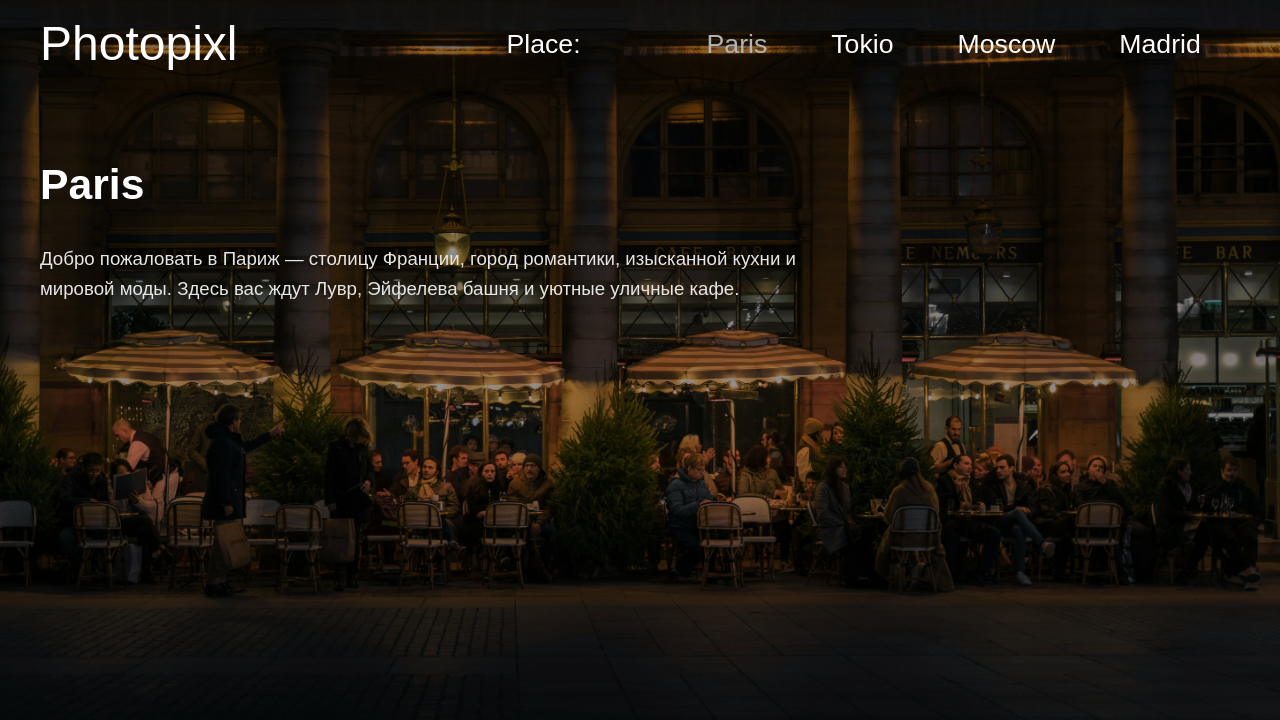
Repository: git-daniil/place-site
Page: index.html
An editor plug-in stored every save of this project. The page is shown before and after the next save, followed by the edit.
The browser window is 1280 px wide. The pictures show the whole page.
Some web fonts or font styles are not loaded; a fallback is used.

Above is the page before, as saved 2026-05-19 18:23:14.

After the next save:
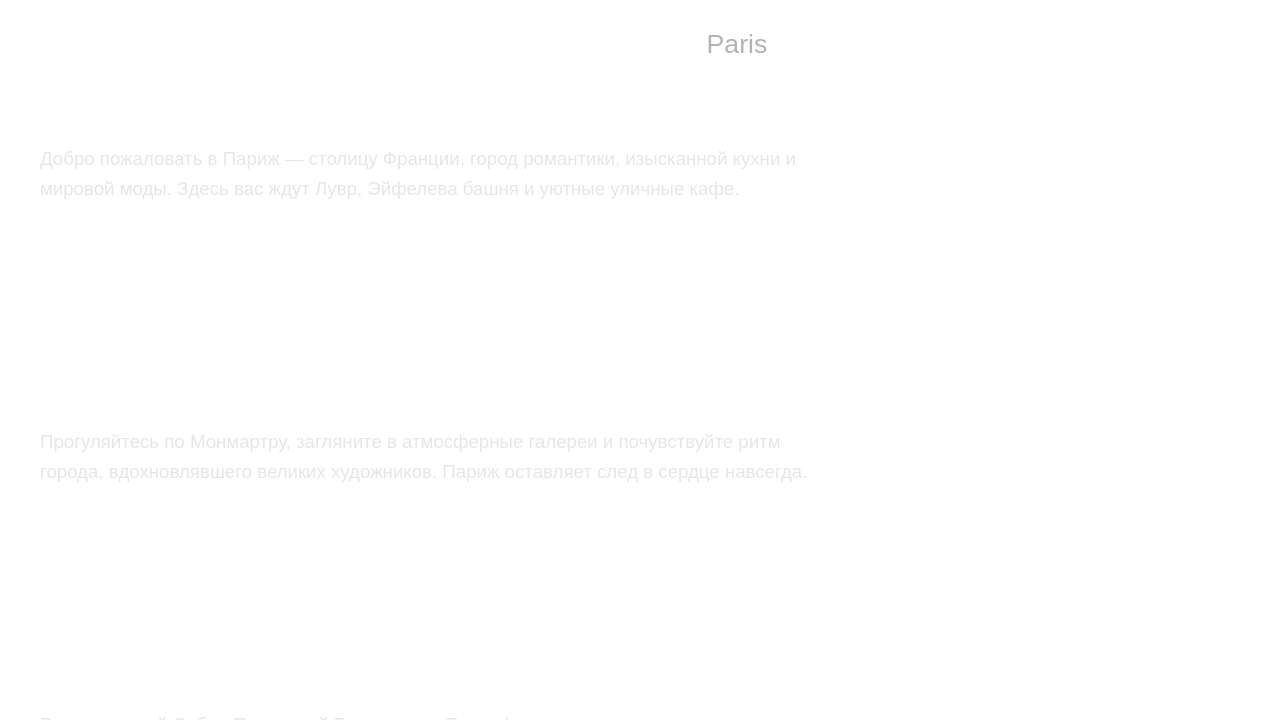
Saved 6 min 56 s later.
--- a/index.html
+++ b/index.html
@@ -19,21 +19,42 @@
         </div>
     </nav>
 
-    <section class="welcome-section scroll-section">
+    <section class="paris-bg-1 scroll-section">
         <main class="content-section anim-text">
             <h1>Paris</h1>
             <p>Добро пожаловать в Париж — столицу Франции, город романтики, изысканной кухни и мировой моды. Здесь вас ждут Лувр, Эйфелева башня и уютные уличные кафе.</p>
         </main>
     </section>
 
-    <section class="second-bg-section scroll-section">
+    <section class="paris-bg-2 scroll-section">
         <main class="content-section anim-text">
             <h1>Культура и стиль</h1>
             <p>Прогуляйтесь по Монмартру, загляните в атмосферные галереи и почувствуйте ритм города, вдохновлявшего великих художников. Париж оставляет след в сердце навсегда.</p>
         </main>
     </section>
 
-    <script>
+    <section class="paris-bg-3 scroll-section">
+        <main class="content-section anim-text">
+            <h1>Архитектура сквозь века</h1>
+            <p>Великолепный Собор Парижской Богоматери, Триумфальная арка и монументальные площади хранят в себе многовековую историю Франции, застывшую в камне.</p>
+        </main>
+    </section>
+
+    <section class="paris-bg-4 scroll-section">
+        <main class="content-section anim-text">
+            <h1>Вечерние огни Сены</h1>
+            <p>Когда на город опускаются сумерки, тысячи огней отражаются в воде. Прогулка на речном трамвайчике откроет для вас совершенно другой, магический Париж.</p>
+        </main>
+    </section>
+
+    <section class="paris-bg-5 scroll-section">
+        <main class="content-section anim-text">
+            <h1>Тайны старого города</h1>
+            <p>Спрятанные от глаз туристов дворики, старинные книжные лавки на набережной и аромат свежих круассанов создают ту самую неповторимую атмосферу уюта.</p>
+        </main>
+    </section>
+
+    <script {nonce}>
         let currentSection = 0;
         const sections = document.querySelectorAll('.scroll-section');
         let isScrolling = false;

After the save that followed:
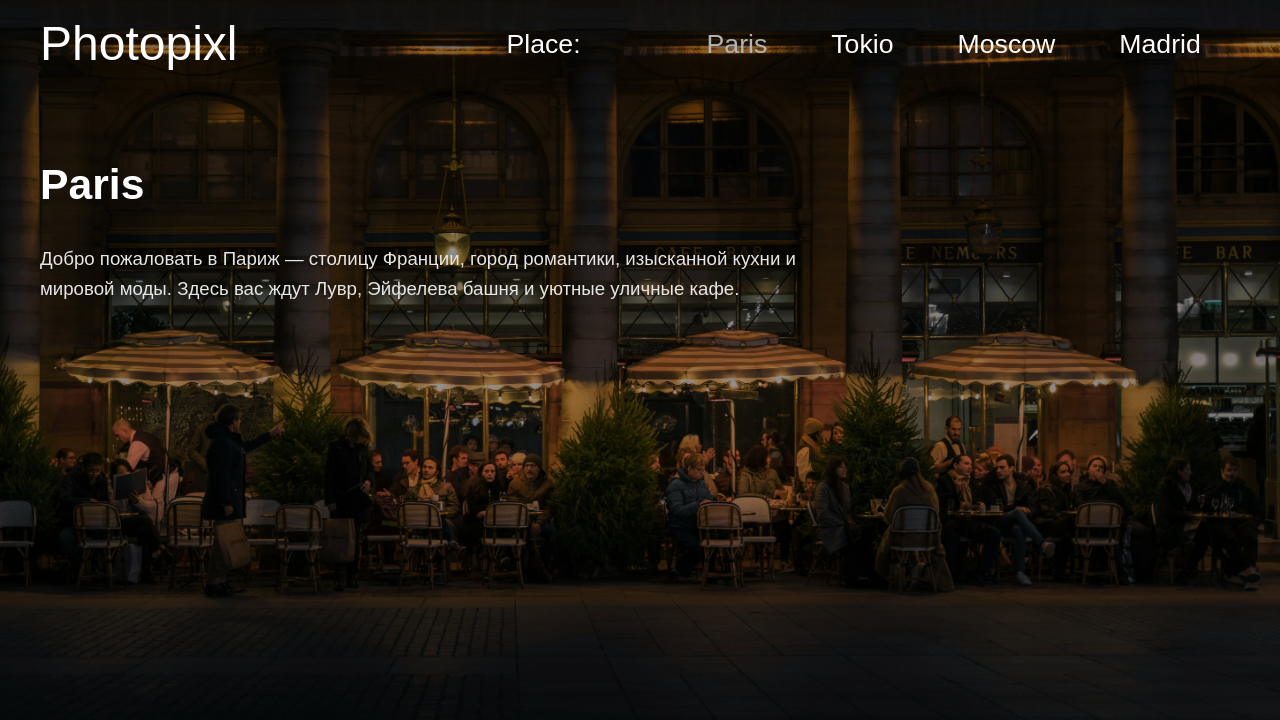
Saved 21 s later.
--- a/style.css
+++ b/style.css
@@ -69,8 +69,7 @@ html, body {
     margin-right: 64px;
 }
 
-.welcome-section {
-    background-image: linear-gradient(rgba(0, 0, 0, 0.4), rgba(0, 0, 0, 0.4)), url('paris-bg.webp');
+.scroll-section {
     background-size: cover;
     background-position: center;
     background-repeat: no-repeat;
@@ -78,6 +77,26 @@ html, body {
     height: 100vh;
     padding-top: 100px;
     box-sizing: border-box;
+}
+
+.paris-bg-1 {
+    background-image: linear-gradient(rgba(0, 0, 0, 0.4), rgba(0, 0, 0, 0.4)), url('assets/photo/paris/paris-bg.webp');
+}
+
+.paris-bg-2 {
+    background-image: linear-gradient(rgba(0, 0, 0, 0.4), rgba(0, 0, 0, 0.4)), url('assets/photo/paris/paris1.webp');
+}
+
+.paris-bg-3 {
+    background-image: linear-gradient(rgba(0, 0, 0, 0.4), rgba(0, 0, 0, 0.4)), url('assets/photo/paris/paris2.webp');
+}
+
+.paris-bg-4 {
+    background-image: linear-gradient(rgba(0, 0, 0, 0.4), rgba(0, 0, 0, 0.4)), url('assets/photo/paris/paris3.webp');
+}
+
+.paris-bg-5 {
+    background-image: linear-gradient(rgba(0, 0, 0, 0.4), rgba(0, 0, 0, 0.4)), url('assets/photo/paris/paris4.webp');
 }
 
 .content-section {
@@ -98,17 +117,6 @@ html, body {
     max-width: 800px;
 }
 
-.second-bg-section {
-    background-image: linear-gradient(rgba(0, 0, 0, 0.4), rgba(0, 0, 0, 0.4)), url('paris1.webp');
-    background-size: cover;
-    background-position: center;
-    background-repeat: no-repeat;
-    background-attachment: fixed;
-    height: 100vh;
-    padding-top: 100px;
-    box-sizing: border-box;
-}
-
 .anim-text {
     opacity: 0;
     transform: translateY(40px);
